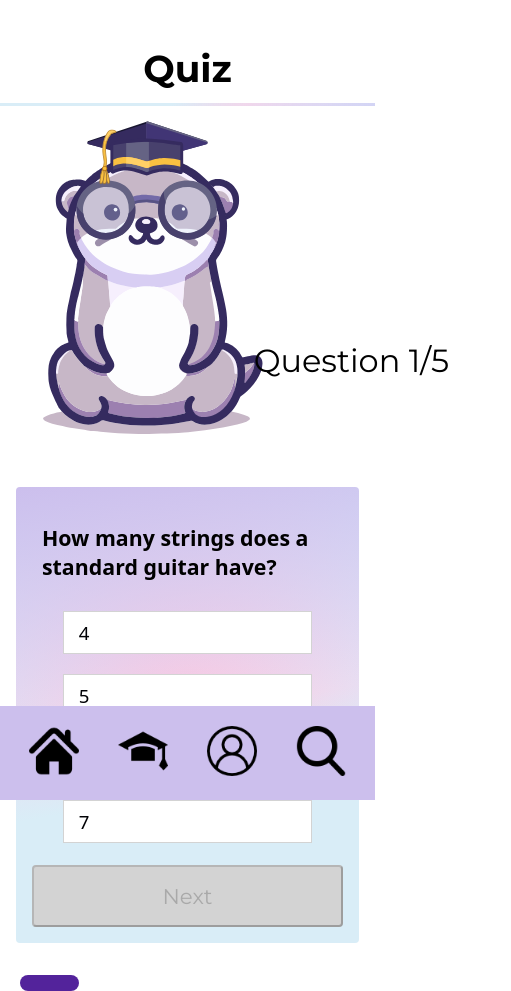
Repository: 1medi/pocketprof
Page: /quiz/page
These files come from the project's save history. The page is drawn as it stood at one moment and after the next save; the edit follows.
The browser window is 375 px wide. The page is 511 px wide, so the pictures cover 511 px, including what lies to the right of the window. The pictures show the whole page.
The project was rebuilt for these pictures with package versions that can differ from the ones it lists, and the page was loaded fresh each time. The framework's server and built-in components were replaced by stand-ins that run in the browser. Also part of the build but not shown: next.config.mjs, Components/Buttons/Oscar/Oscar.module.css, Components/Buttons/Oscar/index.js.

Above is the page before, as saved 2024-04-14 06:38:54.

After the next save:
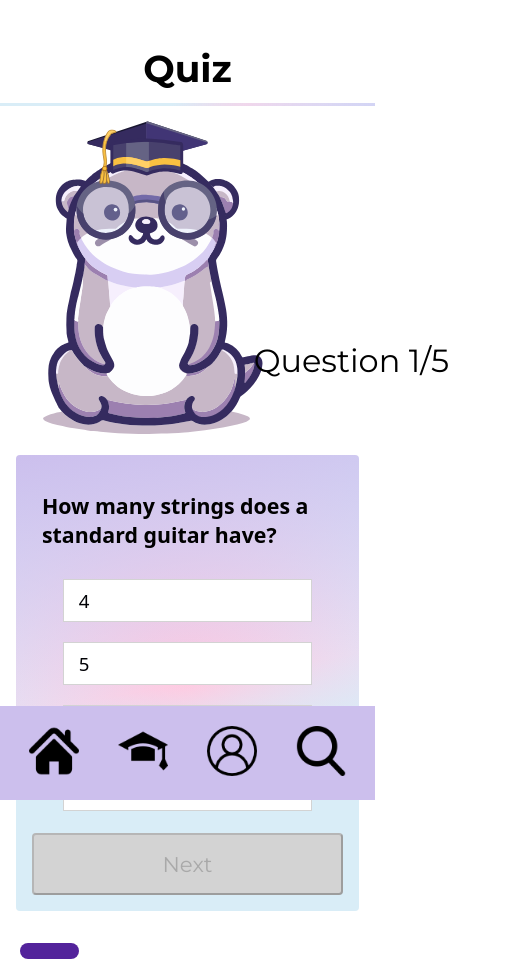
Saved 35 s later.
--- a/pages/quiz/page.module.css
+++ b/pages/quiz/page.module.css
@@ -104,7 +104,7 @@
 .quizContainer {
   background: linear-gradient(-10deg, #d9edf7 35%, rgba(237, 202, 216, 0) 50%, var(--main-color-lightpurple)), radial-gradient(circle, #ffcae1 0, #daeafc 100%);
   padding: 1rem;
-  margin: 2rem 1rem;
+  margin: 0 1rem 2rem 1rem;
   border-radius: 4px;
   display: flex;
   flex-direction: column;
